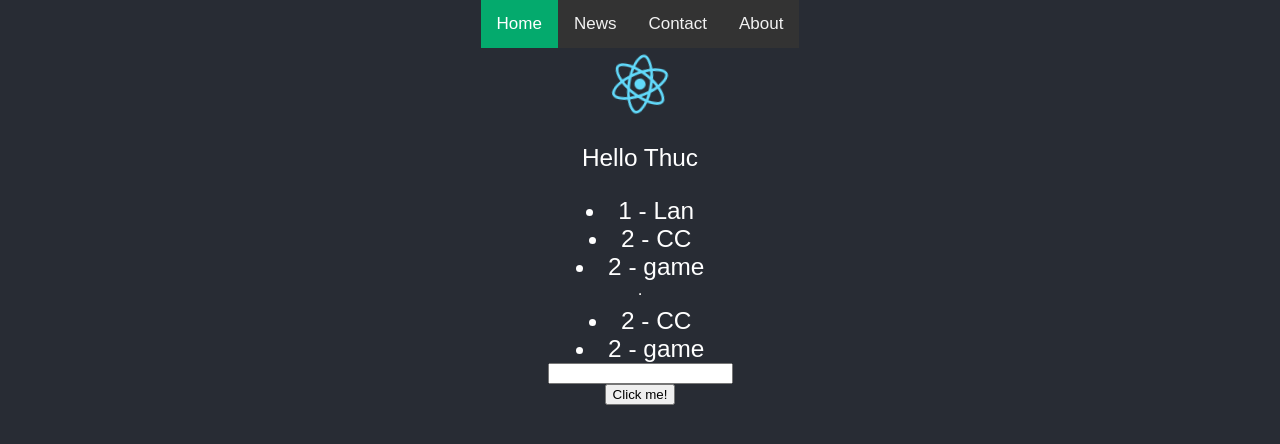
Repository: ThucSkin/React-hook-basic
Page: /
These files come from the project's save history. The page is drawn as it stood at one moment and after the next save; the edit follows.
The browser window is 1280 px wide. The pictures show the whole page.
The project was rebuilt for these pictures with package versions that can differ from the ones it lists, and the page was loaded fresh each time.

Above is the page before, as saved 2023-06-11 01:45:29.

After the next save:
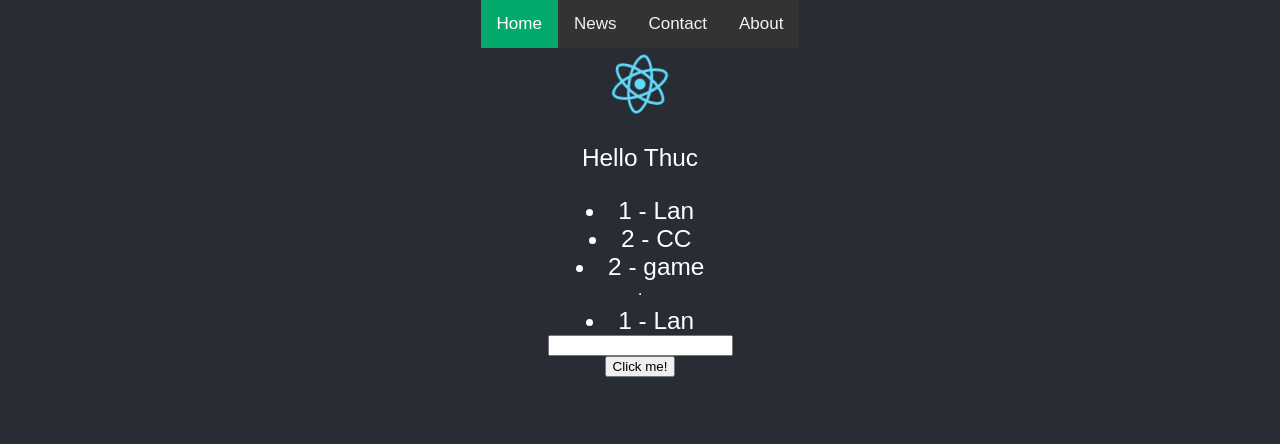
Saved 33 s later.
--- a/src/App.js
+++ b/src/App.js
@@ -44,7 +44,7 @@
         />
         <hr />
         <Todo
-          todos={todos.filter(item => item.id === '2')}
+          todos={todos.filter(item => item.id === '1')}
         />
         <input type='text' value={age} onChange={(e) => handleAge(e)} />
         <button onClick={() => handleClickMe()} type='button'>Click me!</button>

After the save that followed:
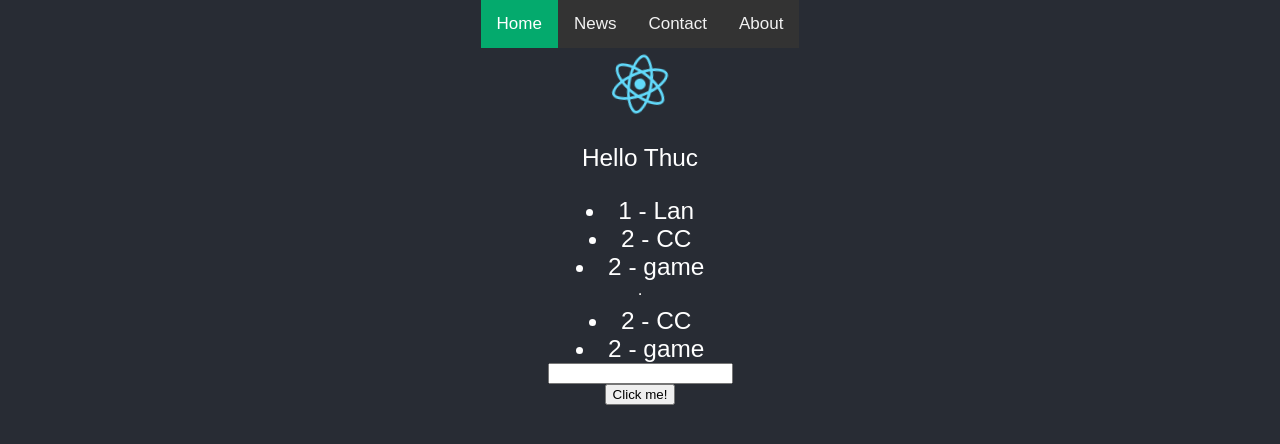
Saved 8 s later.
--- a/src/App.js
+++ b/src/App.js
@@ -44,7 +44,7 @@
         />
         <hr />
         <Todo
-          todos={todos.filter(item => item.id === '1')}
+          todos={todos.filter(item => item.id !== '1')}
         />
         <input type='text' value={age} onChange={(e) => handleAge(e)} />
         <button onClick={() => handleClickMe()} type='button'>Click me!</button>
